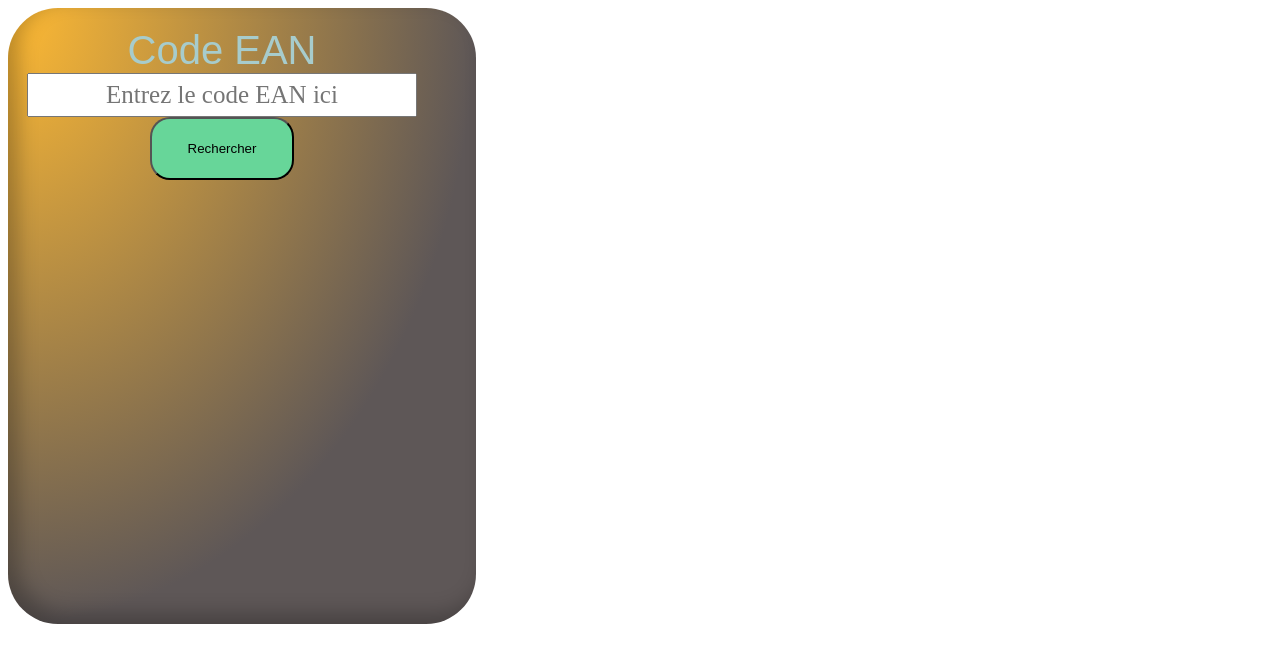
Repository: Zouz01/exo-toucan
Page: index.html
The author's editor kept a copy of each file at every save. The page is drawn from the files as they stood at one save, then again after a run of saves.
The browser window is 1280 px wide. The pictures show the whole page.

Above is the page before, as saved 2023-09-21 12:23:30.

After the next 2 saves:
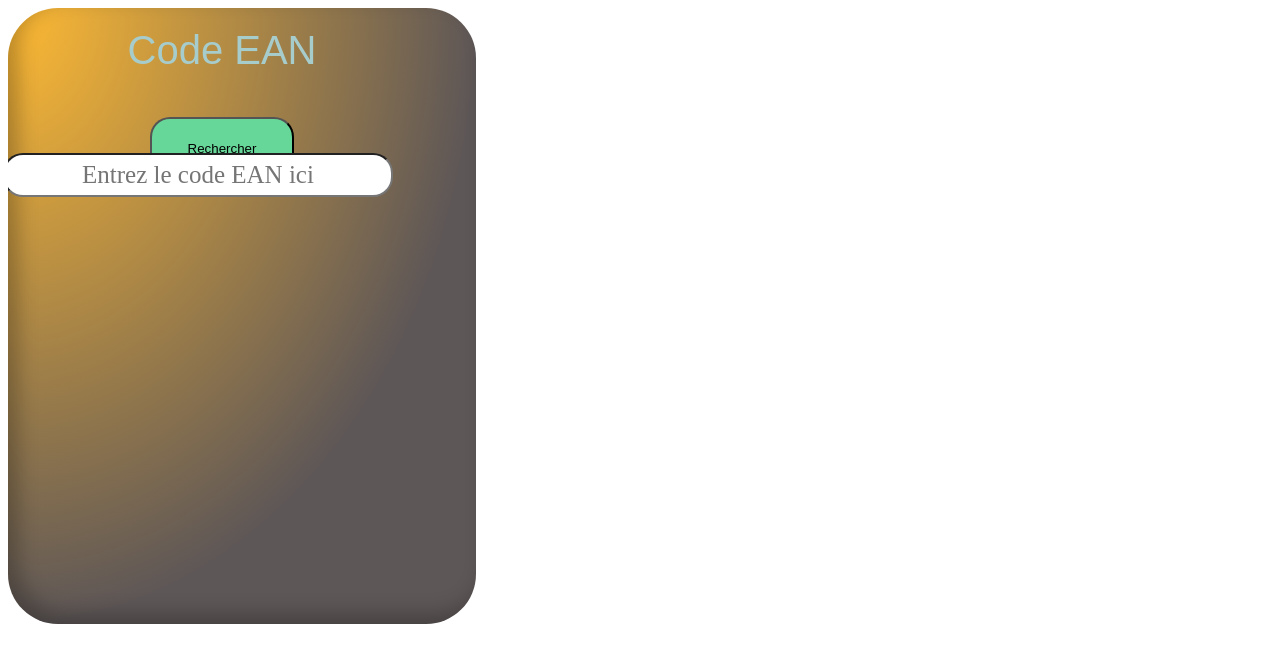
The 2 saves are shown as one change because they came seconds apart.
The last was saved 6 s later.
--- a/main.css
+++ b/main.css
@@ -65,7 +65,7 @@ p{
 
 /* Champ de saisie pour entrer le code EAN */
 #code_ean {
-   positin
+   position: relative;
    border-radius: 20px;
     width: 382px;
     height: 38px;
